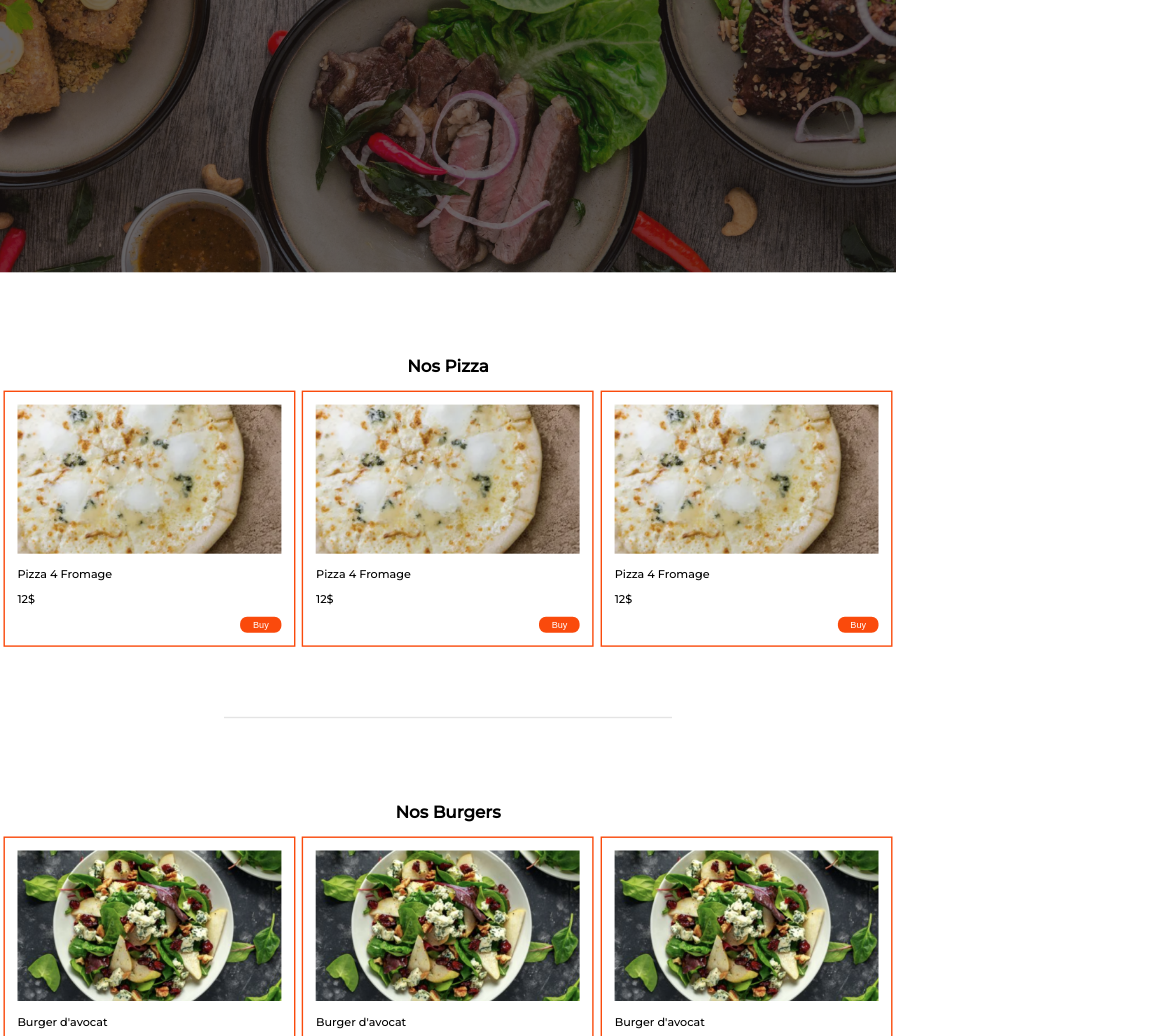
Repository: Ahlam-belhadj/bella-olange
Page: index.html
These files come from the project's save history. The page is drawn as it stood at one moment and after the next save; the edit follows.
The browser window is 1280 px wide. The page is 1430 px wide, then 1668 px, so the pictures cover 1668 px, including what lies to the right of the window. The pictures show the part of the page from y = 310 to 1790 px (the page is 3489 px tall), at 70% of full size.

Above is the page before, as saved 2023-02-13 18:31:39.

After the next save:
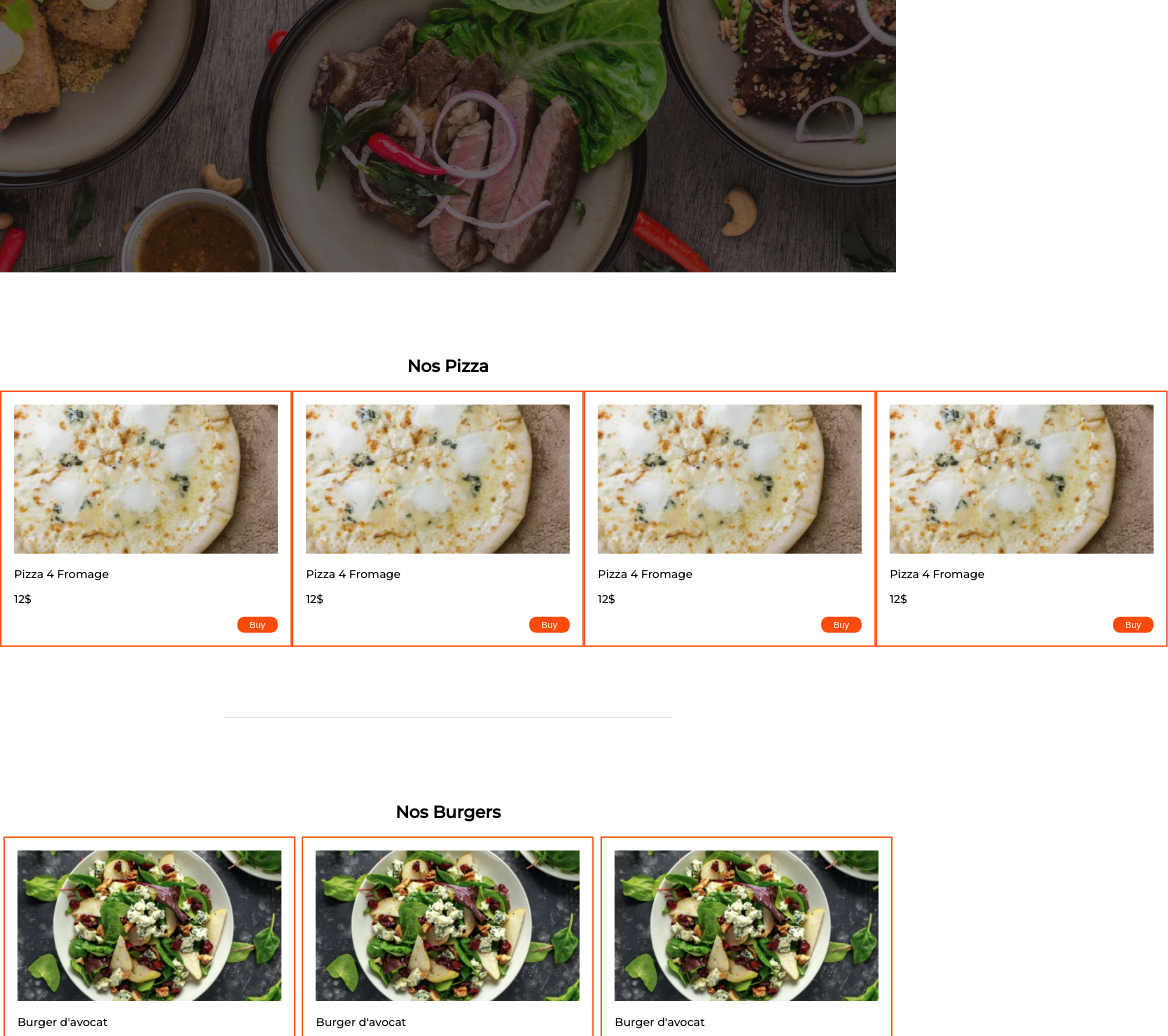
Saved 17 h 4 min later.
--- a/index.html
+++ b/index.html
@@ -93,6 +93,24 @@
                     <a href="index2.html"><button class="button" type="button">Buy</button></a>
                 </div>
             </div>
+            <div class="border">
+                <div class="card-img">
+                    <img src="image/fromage.png" alt="">
+                </div>
+                <div class="card-text">
+                    <p>
+                        Pizza 4 Fromage
+                    </p>
+                </div>
+                <div class="prix">
+                    <p>
+                        12$
+                    </p>
+                </div>
+                <div class="button1">
+                    <a href="index2.html"><button class="button" type="button">Buy</button></a>
+                </div>
+            </div>
         </div>
         <hr id="burgers">
         <h2>Nos Burgers</h2>
